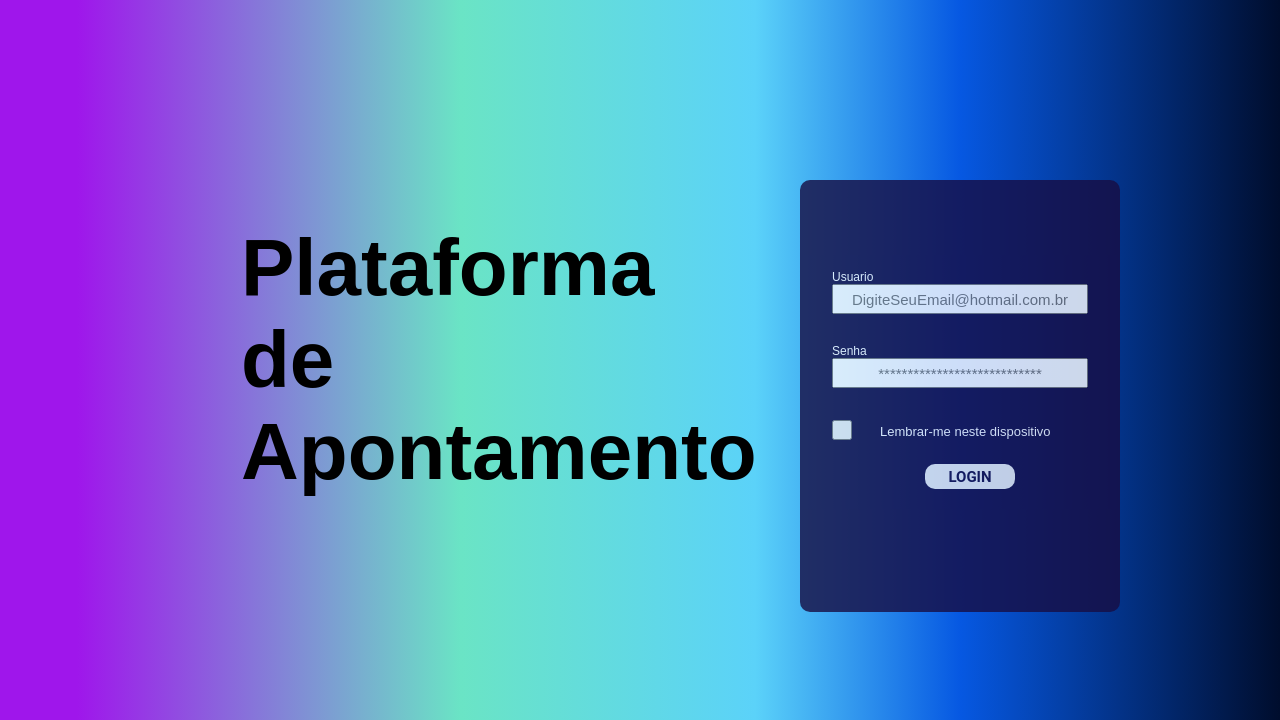
Repository: KevynMarques/Estudos-Reactjs-Firebase
Page: /
These files come from the project's save history. The page is drawn as it stood at one moment and after the next save; the edit follows.
The browser window is 1280 px wide. The pictures show the whole page.
The page's requests for data from a server got no answer. The project was rebuilt for these pictures with package versions that can differ from the ones it lists, and the page was loaded fresh each time. No one was signed in, and anything a server would have sent is missing. Also part of the build but not shown: src/Pages/Page2.jsx.

Above is the page before, as saved 2022-08-23 14:53:40.

### public/index.html
<!DOCTYPE html>
<html lang="pt-BR">
  <head>
    <meta charset="utf-8" />
    <link rel="icon" href="%PUBLIC_URL%/favicon.ico" />
    <meta name="viewport" content="width=device-width, initial-scale=1" />
    <meta name="theme-color" content="#000000" />
    <meta
      name="description"
      content="Web site created using create-react-app"
    />
    <link rel="apple-touch-icon" href="%PUBLIC_URL%/logo192.png" />
    <!--
      manifest.json provides metadata used when your web app is installed on a
      user's mobile device or desktop. See https://developers.google.com/web/fundamentals/web-app-manifest/
    -->
    <link rel="manifest" href="%PUBLIC_URL%/manifest.json" />
    <!--
      Notice the use of %PUBLIC_URL% in the tags above.
      It will be replaced with the URL of the `public` folder during the build.
      Only files inside the `public` folder can be referenced from the HTML.

      Unlike "/favicon.ico" or "favicon.ico", "%PUBLIC_URL%/favicon.ico" will
      work correctly both with client-side routing and a non-root public URL.
      Learn how to configure a non-root public URL by running `npm run build`.
    -->
    <title>Squad</title>
  </head>
  <body>
    <noscript>You need to enable JavaScript to run this app.</noscript>
    <div id="root"></div>
    <!--
      This HTML file is a template.
      If you open it directly in the browser, you will see an empty page.

      You can add webfonts, meta tags, or analytics to this file.
      The build step will place the bundled scripts into the <body> tag.

      To begin the development, run `npm start` or `yarn start`.
      To create a production bundle, use `npm run build` or `yarn build`.
    -->
  </body>
</html>

### src/App.jsx
import React from "react";
import Router from "./Routers/router";
import { GlobalStyle } from "./GlobalStyle";



function App() {
  return (
    <>
    <GlobalStyle/>
      <Router/>
    </>
  );
}

export default App;

### src/Routers/router.jsx
import { BrowserRouter, Routes, Route } from "react-router-dom";
import { Page1 } from "../Pages/Page1";
import { Page2 } from "../Pages/Page2";



export default () => {
  return (
    <>
    <BrowserRouter >
    <Routes >
      <Route path="/" element={<Page1 />} />
      <Route path="/Page2" element={<Page2 />} />
    </Routes>
    </BrowserRouter>
    </>
  );
}

### src/GlobalStyle.jsx

import { createGlobalStyle } from 'styled-components';

export const GlobalStyle = createGlobalStyle`
 * {
   margin: 0;
   padding: 0;
   box-sizing: border-box;
 }
`;

### src/Pages/Page1.jsx
import React from "react";
import { Login } from "../Components/Login/index";


export const Page1 = ()=>{
   return(
    <Login />
   );
}

### src/Components/Login/index.jsx
import React from "react";
import { authConfig } from "../../Auth/config";
import { BoxHome, BoxLogin, ButtomLogin, InputDeLogin, Remember, TextLogin, TextRemember, TextTittle} from "./style";






export const Login =()=>{
  return (
    <BoxHome>
      <TextTittle>
        Plataforma de Apontamento
      </TextTittle>

    <BoxLogin>
       <TextLogin>Usuario</TextLogin>
       <InputDeLogin type="email" id="email" name="email" placeholder="DigiteSeuEmail@hotmail.com.br" />
       <TextLogin>Senha</TextLogin>
       <InputDeLogin type="text" id="password" name="password"  placeholder="****************************"/>
      <Remember />
      <TextRemember>Lembrar-me neste dispositivo</TextRemember>
     <ButtomLogin>
      LOGIN
     </ButtomLogin>
    </BoxLogin>
    </BoxHome>
  )
}

### src/Auth/config.jsx
import * as firebase from 'firebase/app';
import 'firebase/auth';

export const authConfig = firebase.initializeApp({
  apiKey: process.env.REACT_APP_FIREBASE_KEY,
  authDomain: process.env.REACT_APP_FIREBASE_DOMAIN,
  projectId: process.env.REACT_APP_FIREBASE_PROJECT_ID,
  storageBucket: process.env.REACT_APP_FIREBASE_STORAGE_BUCKET,
  messagingSenderId:process.env.REACT_APP_FIREBASE_SENDER_ID,
});

### src/Components/Login/style.jsx
import styled from "styled-components";

export const BoxHome = styled.div`
display: flex;
align-items: center;
justify-content: center;
background: rgb(159,22,235);
background: linear-gradient(90deg, rgba(159,22,235,1) 6%, rgba(106,228,197,1) 36%, rgba(91,210,249,1) 59%, rgba(6,88,226,1) 75%, rgba(0,13,45,1) 100%);
height: 100vh;
`;


export const TextTittle = styled.h1`
position: absolute;
margin-left: -35vw;
font-family: Arial, Helvetica, sans-serif;
max-width: 350px;
font-size: 80px;

`;

export const BoxLogin = styled.div`
  width: 25vw;
  height: 60vh;
  background-color: #170d43;
  opacity: 0.8;
  border-radius: 10px;
  margin-top: 10vh;
  margin-left: 50vw;
  display: flex;
  flex-direction: column;
  padding-top: 60px;
`;

export const InputDeLogin = styled.input`
width: 80%;
margin-left: 10%;
height: 30px;
text-align: center;
font-size: 15px;

`;

export const TextLogin = styled.label`
 color: white;
 font-family: Arial, Helvetica, sans-serif;
 font-size: 12px;
 margin-left: 10%;
 margin-top: 30px;
`;


export const Remember = styled.button`
 width: 20px;
 height: 20px;
 margin-left: 10%;
 margin-top: 10%;
 cursor: pointer;
`;

export const TextRemember = styled.label`
  color: white;
  font-family: Arial, Helvetica, sans-serif;
  font-size: 13px;
  margin-left: 25%;
  margin-top: -5%;
`;


export const ButtomLogin = styled.button`
@import url('https://fonts.googleapis.com/css2?family=Macondo&family=Roboto:wght@500&display=swap');
 width: 90px;
 height: 25px;
 border: none;
 border-radius: 10px;
 font-weight: bold;
 font-family: 'Roboto', sans-serif;
 font-size: 15px;
 color:#170d43;
 margin-left: 125px;
 margin-top: 25px;
`;

Loaded but not shown: src/index.js (common file)

After the next save:
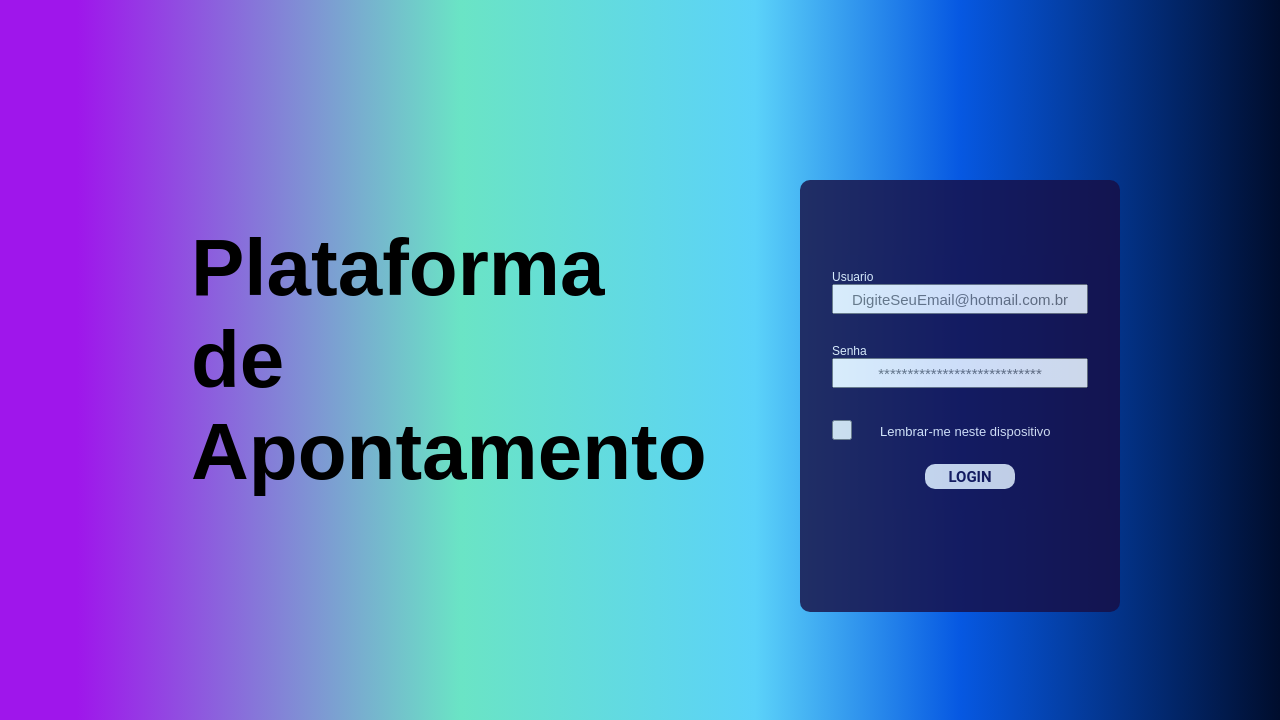
Saved 4 s later.
--- a/src/Components/Login/style.jsx
+++ b/src/Components/Login/style.jsx
@@ -14,7 +14,7 @@ export const TextTittle = styled.h1`
 position: absolute;
 margin-left: -35vw;
 font-family: Arial, Helvetica, sans-serif;
-max-width: 350px;
+max-width: 450px;
 font-size: 80px;
 
 `;
